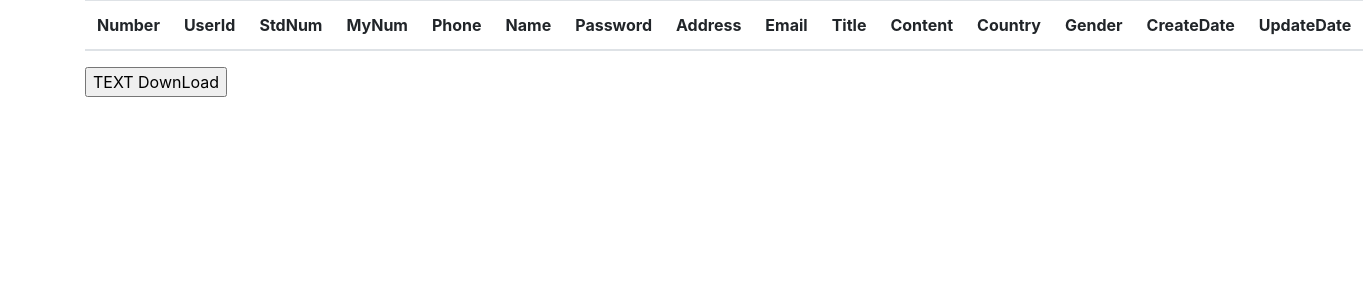
Repository: ken1087/practice
Page: http://localhost/pratice/WEB-INF/views/view.jsp
An editor plug-in stored every save of this project. The page is shown before and after the next save, followed by the edit.
The browser window is 1280 px wide. The page is 1363 px wide, then 1280 px, so the pictures cover 1363 px, including what lies to the right of the window. The pictures show the whole page.
The page is served by Tomcat 9. Nobody is signed in. Other server files are loaded and not shown. The template is opened directly, without the code that normally fills it, so the values that code supplies are empty.

Above is the page before, as saved 2019-09-12 04:37:34.

### pratice/src/main/webapp/WEB-INF/views/view.jsp
<%@ page language="java" contentType="text/html; charset=UTF-8"
    pageEncoding="UTF-8"%>
<%@ taglib prefix="c" uri="http://java.sun.com/jsp/jstl/core" %>
<!DOCTYPE html>
<html>
<head>
<meta charset="UTF-8">
<title>kang homework</title>
<link rel="stylesheet" href="https://maxcdn.bootstrapcdn.com/bootstrap/4.3.1/css/bootstrap.min.css">
<script src="https://ajax.googleapis.com/ajax/libs/jquery/3.4.1/jquery.min.js"></script>
<script src="https://cdnjs.cloudflare.com/ajax/libs/popper.js/1.14.7/umd/popper.min.js"></script>
<script src="https://maxcdn.bootstrapcdn.com/bootstrap/4.3.1/js/bootstrap.min.js"></script>
<style>
	.container{
		width:90%;
	}
</style>
</head>
<body>
	<div class="container">
		<table id="download_table" class="table">
            <thead>
                <tr>
                	<!--Primary　Keyの項目5個  -->
                    <th>Number</th>
                    <th>UserId</th>
                    <th>StdNum</th>
                    <th>MyNum</th>
                    <th>Phone</th>
					<th>Name</th><!--項目10個追加表示  -->
					<th>Password</th>
					<th>Address</th>
					<th>Email</th>
					<th>Title</th>
					<th>Content</th>
                    <th>Country</th>
                    <th>Gender</th>
                    <th>CreateDate</th>
                    <th>UpdateDate</th>
                </tr>
            </thead>
            <tbody>
            	<c:forEach var="item" items="${user}">	<!-- 		Modelに格納したデータ（users） 		-->
            		<tr>
            			<!--Primary　Keyの項目5個  -->
                   		<td>${item.num}</td>
                   		<td>${item.userid}</td>
                   		<td>${item.stdnum}</td>
                   		<td>${item.mynum}</td>
                   		<td>${item.phone}</td>
                   		<!--項目10個  -->
                   		<td>${item.name}</td>
                   		<td>${item.password}</td>
                   		<td>${item.addr}</td>
                   		<td>${item.email}</td>
                   		<td>${item.title}</td>
                   		<td>${item.content}</td>
                   		<td>${item.country}</td>
                   		<td>${item.gender}</td>
                   		<td>${item.createDate}</td>
                   		<td>${item.updateDate}</td>
                	</tr>
            	</c:forEach>
            </tbody>
        </table>
        <div>
            <input type="button" id="download" value="TEXT DownLoad">
        </div>

	</div>
<script> //CSV FILE Download
    function download_csv(csv, filename) {
        var csvFile;
        var downloadLink;

        // CSV FILE
        csvFile = new Blob([csv], {type: "text/csv"});	//データ保存するBlob関数に配列とTypeを入力

        // Download link
        downloadLink 						= document.createElement("a");	//	a domを作成

        // File name
        downloadLink.download 		= filename;	//filenameを付ける

        // We have to create a link to the file
        downloadLink.href 				= window.URL.createObjectURL(csvFile);	//作成したa domにlinkを付ける

        // Make sure that the link is not displayed
        downloadLink.style.display 	= "none";	// 作成したa linkを見えないようにする

        // Lanzamos
        downloadLink.click();	//自動にClickする
    }

    function export_table_to_csv(html, filename) {
    	var csv = [];	//配列宣言
    	var rows = document.querySelectorAll("#download_table tr");	//Tableのtrを全部探す

        for (var i = 0; i < rows.length; i++) {	//trの数でfor文を利用する
    		var row = [], cols = rows[i].querySelectorAll("td, th");	//cols = tr[i]の中にあるtd or thを全部探す

            for (var j = 0; j < cols.length; j++)
                row.push(cols[j].innerText);	//row配列にcolsのTextを挿入

    		csv.push(row.join(","));	//csv配列に一つにした値を渡す
    	}

        // Download CSV
        download_csv(csv.join("\n"), filename);	//download_csvの関数にcsvとファイル名を渡す
    }

    document.querySelector("#download").addEventListener("click", function () {	//　downloadと書いてあるIdをClickすると
        var html = document.querySelector("#download_table").outerHTML;	//download_tableというClassの値を探す
    	export_table_to_csv(html, "table.csv");	//	tableと保存するファイル名を関数export_table_to_csvに渡す
    });
</script>
</body>
</html>

After the next save:
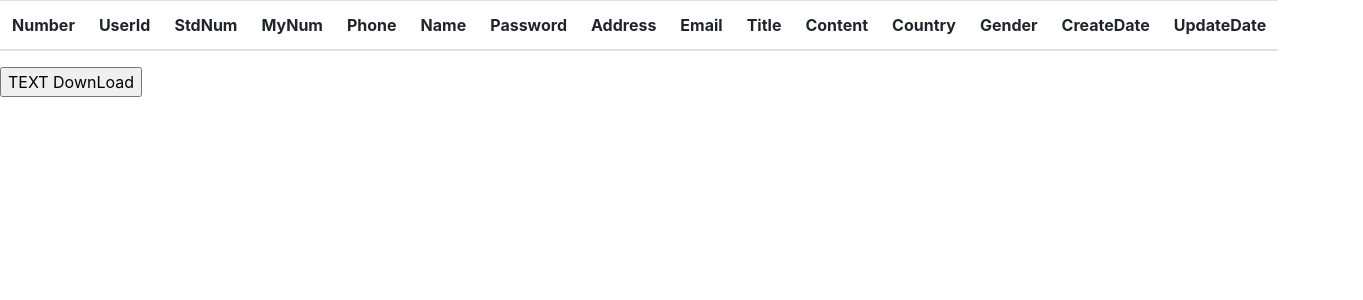
Saved 2 min 0 s later.
--- a/pratice/src/main/webapp/WEB-INF/views/view.jsp
+++ b/pratice/src/main/webapp/WEB-INF/views/view.jsp
@@ -11,13 +11,13 @@
 <script src="https://cdnjs.cloudflare.com/ajax/libs/popper.js/1.14.7/umd/popper.min.js"></script>
 <script src="https://maxcdn.bootstrapcdn.com/bootstrap/4.3.1/js/bootstrap.min.js"></script>
 <style>
-	.container{
+	.container1{
 		width:90%;
 	}
 </style>
 </head>
 <body>
-	<div class="container">
+	<div class="container1">
 		<table id="download_table" class="table">
             <thead>
                 <tr>
